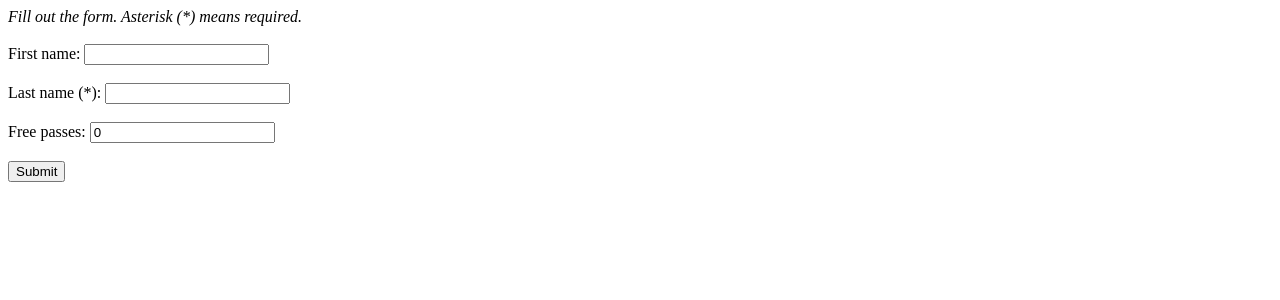
Repository: shinjuno123/spring-mvc-hands-on
Page: http://localhost/spring-mvc-demo/customer/showForm
An editor plug-in stored every save of this project. The page is shown before and after the next save, followed by the edit.
The browser window is 1280 px wide. The pictures show the whole page.
The page is served by Tomcat 9.

Above is the page before, as saved 2023-01-04 15:34:39.

After the next save:
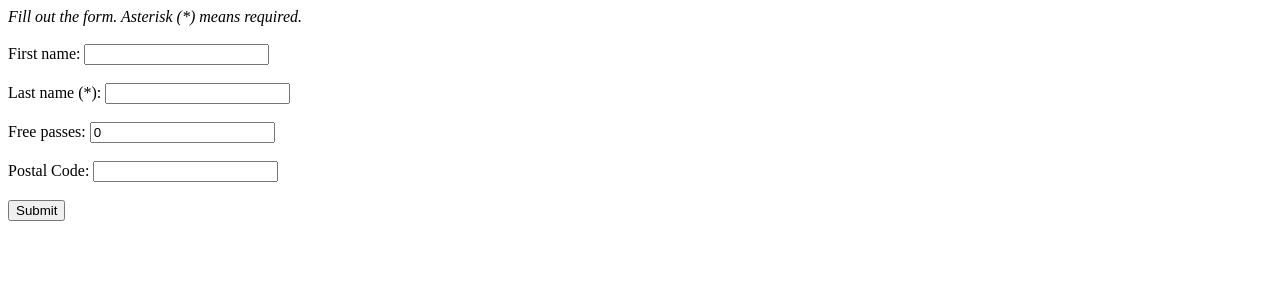
Saved 31 s later.
--- a/spring-mvc-demo/WebContent/WEB-INF/view/customer-form.jsp
+++ b/spring-mvc-demo/WebContent/WEB-INF/view/customer-form.jsp
@@ -31,6 +31,11 @@
 
 		<br><br>
 
+		Postal Code: <form:input path="postalCode"/>
+		<form:errors path="freePasses" cssClass="error"/>
+
+		<br><br>
+
 		<input type="submit" value="Submit" />
 
 	</form:form>
